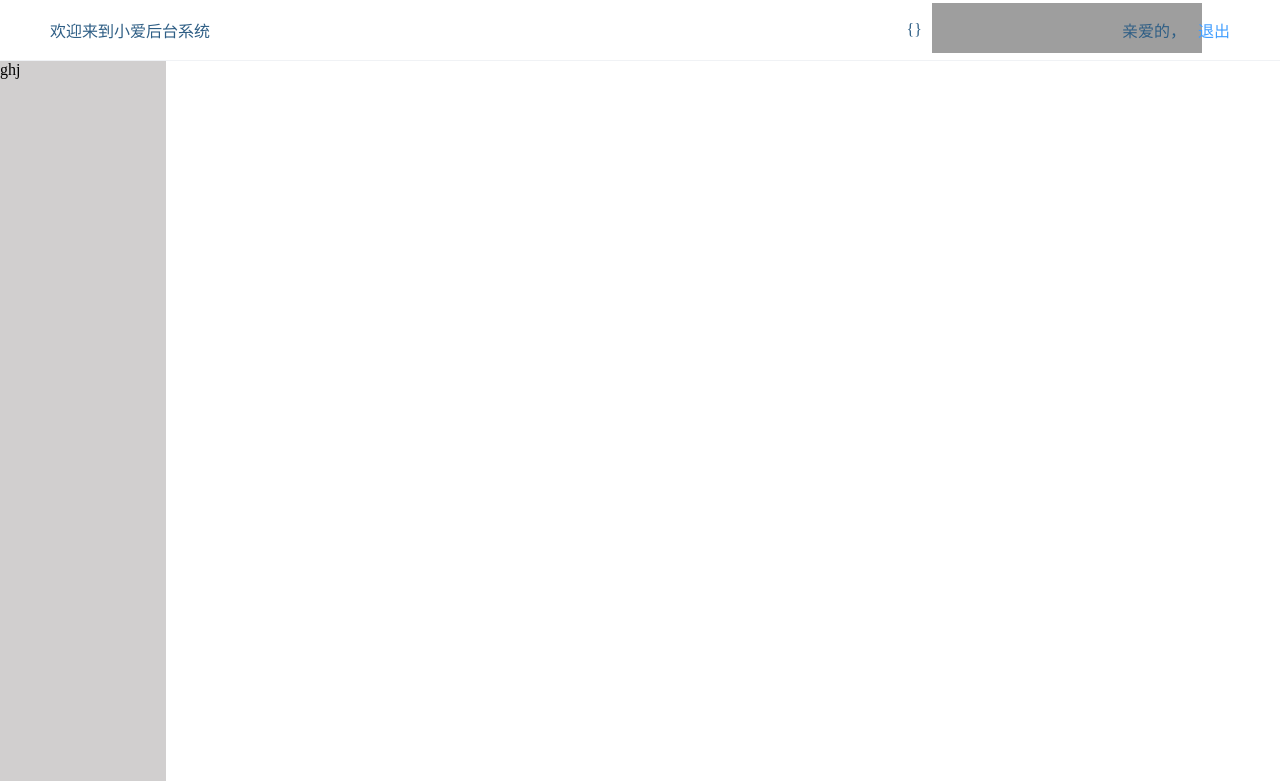
Repository: ZHANG-0714/backstage
Page: /
These files come from the project's save history. The page is drawn as it stood at one moment and after the next save; the edit follows.
The browser window is 1280 px wide. The pictures show the whole page.
Pictures or frames that could not be fetched are drawn as grey boxes. The project was rebuilt for these pictures with package versions that can differ from the ones it lists, and the page was loaded fresh each time. Also part of the build but not shown: vue.config.js, src/views/Home.vue.

Above is the page before, as saved 2020-08-31 18:06:57.

### public/index.html
<!DOCTYPE html>
<html lang="en">

<head>
  <meta charset="utf-8">
  <meta http-equiv="X-UA-Compatible" content="IE=edge">
  <meta name="viewport" content="width=device-width,initial-scale=1.0">
  <link rel="icon" href="<%= BASE_URL %>favicon.ico">
  <title><%= htmlWebpackPlugin.options.title %></title>
</head>

<body>
  <noscript>
    <strong>We're sorry but <%= htmlWebpackPlugin.options.title %> doesn't work properly without JavaScript enabled.
      Please enable it to continue.</strong>
  </noscript>
  <div id="app"></div>
  <!-- built files will be auto injected -->

  <!--[if lte IE 9]>
    <div style='position:absolute; top: 50%; left:50%; margin-top: -50px;margin-left: -400px; align-items: center;justify-content: center;'>
      <div style='width: 800px; height: 100px;text-align: center'>
        <h1>
        您的浏览器版本过低 请下载最新的谷歌浏览器
      </h1>
      <div style='text-align: center;width: 800px'>
        <a href='http://rj.baidu.com/soft/detail/14744.html?ald'>下载谷歌浏览器点此链接</a>
      </div>
      </div>
    </div>
  <![endif]-->
</body>

</html>

### src/App.vue
<template>
  <div id="app">
    <router-view />
  </div>
</template>

<style lang="scss">
@import "../style/Css";
@import '../style/Situation'
</style>

### src/router/index.js
import Vue from 'vue'
import VueRouter from 'vue-router'
import Home from '../views/Home.vue'
import Public from '../views/Public.vue'

Vue.use(VueRouter)

const routes = [
  {
    path: '/home',
    redirect: '/'
  },
  {
    path: '/',
    component: Public,
    children: [
      {
        path: '',
        name: 'Home',
        component: Home,  //首页
        meta: {
          title: "首页"
        }
      },
    ]
  }
]

const router = new VueRouter({
  mode: 'history',
  base: process.env.BASE_URL,
  routes
})

export default router

### src/store/index.js
import Vue from 'vue'
import Vuex from 'vuex'
import user from './user/user'

Vue.use(Vuex)

export default new Vuex.Store({
  state: {
  },
  mutations: {
  },
  actions: {
  },
  modules: {
    user
  }
})

### style/Css.css
* {
	margin: 0;
	padding: 0;
}

.flex {
	display: flex;
}

.justify-content {
	justify-content: center;
}

.align-items {
	align-items: center;
}

.space-around {
	justify-content: space-around;
}

.space-between {
	justify-content: space-between;
}

.flex-direction {
	flex-direction: column;
}

.flex-end {
	align-items: flex-end;
}

.text-overflow {
	overflow: hidden;
	text-overflow: ellipsis;
	display: -webkit-box;
	-webkit-line-clamp: 1;
	-webkit-box-orient: vertical;
}

.opacity {
	opacity: 0.9;
}

.filter {
	filter: blur(30px);
	z-index: -1;
}

.flex-wrap {
	flex-wrap: wrap;
}

.position {
	position: fixed;
}

### style/Situation.scss
.el-card--header--img--doos {
    .el-card__header {
        border-bottom: 1px solid #535353;
    }

    .el-form-item__label {
        padding: 0;
    }
}

### src/views/Public.vue
<template>
  <!-- 公共 -->
  <div>
    <headTop></headTop>
    <sidebar></sidebar>
  </div>
</template>

<script>
import headTop from "../components/public/headTop"; //头部组件
import sidebar from "../components/public/Sidebar"; //侧边栏
export default {
  name: "",
  props: {},
  components: {
    headTop,
    sidebar,
  },
  data() {
    return {};
  },
  methods: {},
  mounted() {},
  watch: {},
  computed: {},
};
</script>

<style scoped lang='scss'>
</style>

### src/store/user/user.js
import api from '../../http/api'
import router from '../../router'
import { Message } from 'element-ui'

export default {
    // 开启命名空间 这个文件就是单独的一个vuex的模块
    namespaced: true,
    state: {
        menus: []
    },
    mutations: {
        seMenus(state, data) {
            state.menus = data
        }
    },
    actions: {
        //所有的请求都写在actions里面
        // actions 里面的方法可以传两个参数，第一个参数是整个store(vuex对象) 第二个参数是请求的参数
        async getMenus({ commit }) {
            let res = await api.getMenus()
            if (res.meta.status === 200) {
                // 提交mutation
                commit('setMenus', res.data)
            }
        },
        //登录
        async login({ commit }, { username, password }) {
            let res = await api.login({
                username,
                password
            })
            console.log(commit);
            console.log(res);
            if (res.meta.status === 200) {
                // 存储信息
                localStorage.setItem('adminToken', res.data.toke)
                localStorage.setItem('adminUser', JSON.stringify(res.data))
                // 跳转路由
                router.push('/')
                // 提示用户
                Message.success('登录成功')
            }
        }
    },
}

### src/components/public/headTop.vue
<template>
  <!-- 头部组件 -->
  <div class="top flex align-items space-between">
    <div class="name">欢迎来到小爱后台系统</div>
    <!-- 时间 -->
    <div class="flex align-items">
      <div class="time">{{time}}</div>
      <div class="time">{{hi}}{{date}}</div>
      <!-- 天气 -->
      <div class="iframes">
        <iframe
          class="m-l1"
          scrolling="no"
          src="https://tianqiapi.com/api.php?style=ty&skin=pitaya"
          frameborder="0"
          width="50"
          height="50"
          allowtransparency="true"
        ></iframe>
      </div>
      <!-- 用户 -->
      <div>亲爱的，{{user.username}}</div>
      <!-- 退出 -->
      <div class="quit">退出</div>
    </div>
  </div>
</template>

<script>
import dayjs from "dayjs";
export default {
  name: "",
  props: {},
  components: {},
  data() {
    return {
      time: "", //获取当前登录时间
      date: "",
      hi: {},
      user: {},
    };
  },
  methods: {},
  mounted() {
    //  获取当前登录时间
    this.time = dayjs().format("YYYY/MM/DD");

    let _this = this; // 声明一个变量指向Vue实例this，保证作用域一致
    this.timer = setInterval(() => {
      _this.date = dayjs().format("hh:mm:ss"); // 修改数据date
    }, 1000);

    //   判断时间段
    let hi = dayjs().format("HH");
    if (hi > 6 && hi <= 13) {
      this.hi = "早上";
    } else if (hi > 11 && hi <= 13) {
      this.hi = "中午";
    } else if (hi > 13 && hi <= 18) {
      this.hi = "下午";
    } else if (hi > 18 && hi <= 23) {
      this.hi = "晚上";
    } else {
      this.hi = "该睡觉了";
    }

    //登录获取的对象
    this.user = JSON.parse(localStorage.getItem("adminUser"));
    // console.log(this.user);
  },
  watch: {},
  computed: {},
};
</script>

<style scoped lang='scss'>
.top {
  height: 60px;
  padding: 0 50px;
  border-bottom: 1px solid #f0f2f5;
  color: #2e5e85;
}
.time {
  margin-right: 10px;
}
.iframes {
  width: 190px;
}
iframe {
  width: 270px;
  font-size: 30px;
}
.quit {
  color: #409eff;
  margin-left: 12px;
  &:hover {
    cursor: pointer;
  }
}
.weather-icon {
  width: 40px;
  height: 40px;
}
</style>

### src/components/public/Sidebar.vue
<template>
  <!-- 侧边栏 -->
  <div class="side">ghj</div>
</template>

<script>
export default {
  name: "",
  props: {},
  components: {},
  data() {
    return {};
  },
  methods: {},
  mounted() {},
  watch: {},
  computed: {},
};
</script>

<style scoped lang='scss'>
.side {
  width: 13vw;
  height: 100vh;
  background: rgb(209, 207, 207);
}
</style>

### src/http/api.js
import service from './index'

export default {
    login({ username, password }) {
        return service.post('/login', {
            username,
            password
        })
    }
}

### src/http/index.js
import axios from 'axios'
import nprogress from 'nprogress'
import { Message } from 'element-ui'

//运行环境：本地环境:devlpment 和线上（生产）环境：production
const ispro = process.env.NODE_ENV === 'production'

//创建一个axios的实例
const service = axios.create({
    //基础路径:需要根据当前的运行环境来判断
    baseURL: ispro ? '线上接口路径' : '/api',
    //超时时间
    timeout: 100000
})

// 请求拦截：每一次发请求都会做的事
service.interceptors.request.use((config) => {
    nprogress.start()
    //前后端鉴权
    //jwt：JSON WEB TOKEN
    //登录成功后 后端会返回一个令牌
    let token = localStorage.getItem('abminToken')
    if (token) {
        config.headers['Authorization'] = token
    }
    return config
}, err => {
    nprogress.done()
    return Promise.reject(err)
})

//响应拦截：每一次接口返回数据的时候都会做的事
service.interceptors.response.use((res) => {
    nprogress.done()
    return res.data
}, err => {
    if (err.response && err.response.status) {
        // 错误请求的状态码
        let status = err.response.status
        if (status === 400) {
            Message.error('参数错误')
        }
        if (status === 401) {
            Message.error('登录过期，请重新登录')
        }
        if (status === 403) {
            Message.error('没有权限')
        }
        if (status === 404) {
            Message.error('接口路径错误')
        }
        if (status === 500) {
            Message.error('服务器出错')
        }
        if (status === 503) {
            Message.error('服务器在维护')
        }
    }
    return Promise.reject(err)
}
)

export default service

Loaded but not shown: src/main.js (common file)

After the next save:
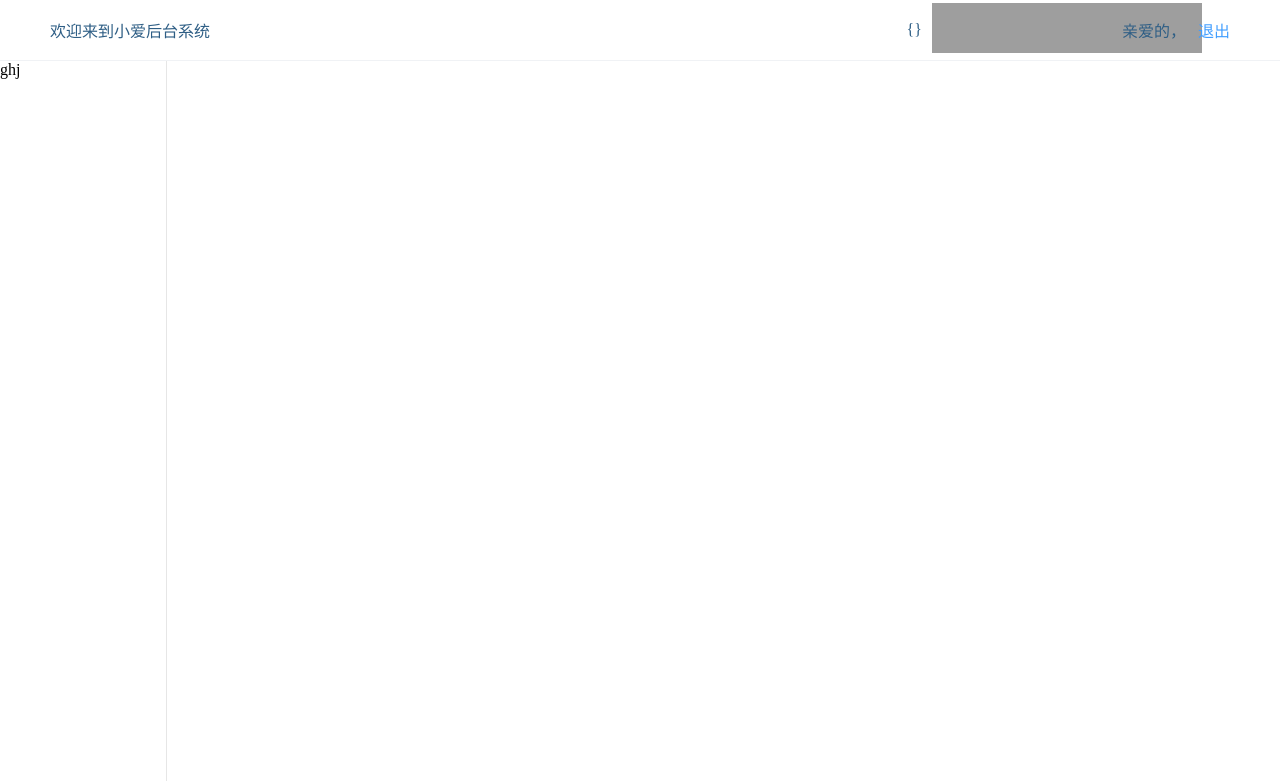
Saved 33 s later.
--- a/src/components/public/Sidebar.vue
+++ b/src/components/public/Sidebar.vue
@@ -22,6 +22,6 @@ export default {
 .side {
   width: 13vw;
   height: 100vh;
-  background: rgb(209, 207, 207);
+  border-right: 1px solid #e6e6e6;
 }
 </style>
